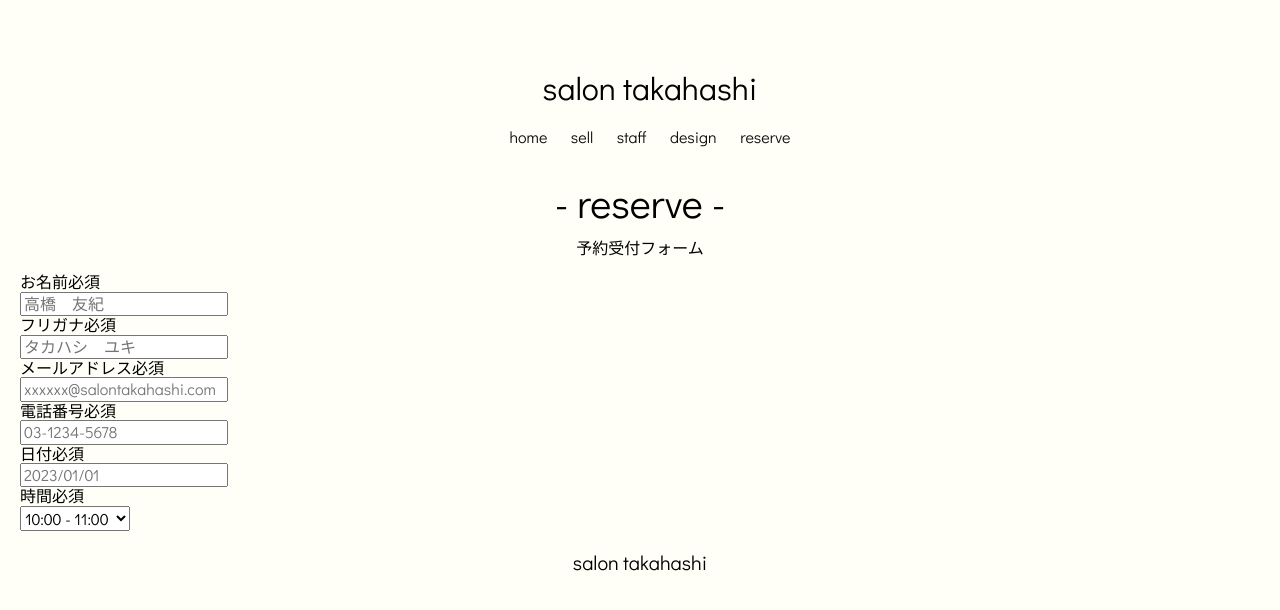
Repository: yukitakahashi1002/salontakahashi-
Page: jel-reserve-form.html
These files come from the project's save history. The page is drawn as it stood at one moment and after the next save; the edit follows.
The browser window is 1280 px wide. The pictures show the whole page.

Above is the page before, as saved 2023-08-08 02:37:42.

### jel-reserve-form.html
<!DOCTYPE html>
<html>
<head>
    <title>Salon Takahashi - reserve 予約 -</title>
    <meta charset="utf-8">
    <meta name="description" content="サロンタカハシのジェルメニュー予約受付フォーム">
    <meta name="viewport" content="width=device-width, initial-scale=1.0">
    <link rel="stylesheet" href='https://fonts.googleapis.com/css?family=Didact Gothic'>
    <link rel="stylesheet" href="css/normalize.css">
    <link rel="stylesheet" href="css/style.css">
</head>
<body>
    <!-- ヘッダー -->
    <header>
        <!-- サイトタイトル -->
        <h1>salon takahashi</h1>

        <!-- PC用ナビゲーション -->
        <nav id="nav-pc">
            <a href="/">home</a>
            <a href="sell.html">sell</a>
            <a href="staff.html">staff</a>
            <a href="design.html">design</a>
            <a href="reserve.html">reserve</a>
        </nav>
    </header>
    <main>
        <article>
            <!-- reserve-form -->
            <section id="reserve-form">
                <div class="section-title">
                    <h2 class="index-h2">- reserve -</h2>
                    <p>予約受付フォーム</p>
                </div>
                <form>
                    <div>
                        <div>
                            <input type="hidden" name="menu" value="ジェルメニュー">
                        </div>
                    </div>
                    <div>
                        <div class="form-heading">
                            <label class="form-label" for="name">お名前<span class="form-span">必須</span></label>
                        </div>
                        <div>
                            <input type="text" name="name" placeholder="高橋　友紀" class="form-textbox>">
                        </div>
                    </div>
                    <div>
                        <div class="form-heading">
                            <label class="form-label" for="hurigana">フリガナ<span class="form-span">必須</span></label>
                        </div>
                        <div>
                            <input type="text" name="hurigana" placeholder="タカハシ　ユキ" class="form-textbox>">
                        </div>
                    </div>
                    <div>
                        <div class="form-heading">
                            <label class="form-label" for="email">メールアドレス<span class="form-span">必須</span></label>
                        </div>
                        <div>
                            <input type="email" name="email" placeholder="xxxxxx@salontakahashi.com" class="form-textbox>">
                        </div>
                    </div>
                    <div>
                        <div class="form-heading">
                            <label class="form-label" for="tel">電話番号<span class="form-span">必須</span></label>
                        </div>
                        <div>
                            <input type="text" name="tel" placeholder="03-1234-5678" class="form-textbox>">
                        </div>
                    </div>
                    <div>
                        <div class="form-heading">
                            <label class="form-label" for="day">日付<span class="form-span">必須</span></label>
                        </div>
                        <div>
                            <input type="text" name="day" placeholder="2023/01/01" class="form-textbox>">
                        </div>
                    </div>
                    <div>
                        <div class="form-heading">
                            <label class="form-label" for="day">時間<span class="form-span">必須</span></label>
                        </div>
                        <div>
                            <select>
                                <option>10:00 - 11:00</option>
                                <option>11:00 - 12:00</option>
                                <option>12:00 - 13:00</option>
                                <option>13:00 - 14:00</option>
                                <option>14:00 - 15:00</option>
                                <option>15:00 - 16:00</option>
                                <option>16:00 - 17:00</option>
                                <option>17:00 - 18:00</option>
                                <option>18:00 - 19:00</option>
                                <option>19:00 - 20:00</option>
                            </select>
                        </div>
                    </div>
                </form>
            </section>
        </article>
        <footer>
            <p>salon takahashi</p>
        </footer>
    </main>
</body>
</html>

### css/style.css
@charset "utf-8";

/*
* *********************************
*　ページ全体に関わるのCSS設定
* *********************************
*/
html *,
::before,
::after {
    box-sizing: border-box;
}

html {
    font-size: 14px;
}
@media (min-width: 768px)  {
    html {
        font-size: 16px;
    }
}

body {
    font-family: 'Didact Gothic', sans-serif;
    background-color: #FFFFF8;
    height: 100vh;
    box-sizing: border-box;
    padding: 20px;
}

/* 標準的なリンクのテキストの色 */
a {
    color: #f30;
}



/*=============
PC用のスタイル
==============*/
/* 横幅設定 */
body {
    max-width: 1800px;
    min-width: 960px;
    margin: 0 auto 0 auto;
}

/* ヘッダー */
header {
    text-align: center;
    margin-top: 50px;
}
header > h1 {
    margin-left: 20px;
    font-weight: normal;
}

/* ナビゲーションのレイアウト */
#nav-pc > a:link {
    text-decoration: none;
    margin-left: 20px;
    color: #0d0d0d;
}

#nav-pc > a:visited {
    color: #0d0d0d;
}

#nav-pc > a:hover {
    color: #0d0d0d;
    text-decoration: underline;
}

#nav-pc > a:active {
    color: #0d0d0d;
}

/* メインビジュアル */
#main-visual {
    text-align: center;
}

#main-message > h1 {
    font-size: 60px;
    margin: 100px auto 0 auto;
    font-weight: normal;
}
#main-message > p {
    font-size: 20px;
}

#main-visual > img {
    margin: 80px auto 0 auto;
}

/* 見出し */
.section-title {
    text-align: center;
}
.section-title > P {
    margin-top: -20px;
}


h2 {
    font-weight: normal;
    font-size: 40px;
}

h3 {
    font-size: 20px;
    line-height: 40px;
}

/* メニュー */
#menu {
    margin: 100px auto 80px auto;
    width: 100%;
}

/* メニューセクションのフレックス部分 */
#menu-flex {
    width: 100%;
    display: flex;
    justify-content: space-between;
}

#menu-flex > div {
    width: 50%;
    height: 600px;
    margin-top: 50px;
}

.menu-flex-left {
    display: flex;
    align-items: flex-start;
    position: relative;
    margin-right: 20px;
    margin-left: 20px;
}

.menu-flex-left > img {
    width: 100%;
}

.placebox-left {
    width: 30%;
    position: absolute;
    top: 25%;
    left: 50%;
    -ms-transform: translate(-50%, -50%);
    -webkit-transform: translate(-50%, -50%);
    transform: translate(-50%, -50%);
    margin: 0;
    padding: 0;
    background-color: #666666;
    opacity: 0.5;
    color: #FFFFFF;
    text-align: center;
    font-weight: bold;
}

/* 商品ページの商品コメント */
.sell-description-left {
    width: 80%;
    position: absolute;
    bottom: 0;
    left: 55%;
    -ms-transform: translate(-50%, -50%);
    -webkit-transform: translate(-50%, -50%);
    transform: translate(-50%, -50%);
    margin: 0;
    padding: 0;
    text-align: left;
}

/* スタッフセクションのフレックス部分 */
.staff-flex {
    text-align: center;
    margin: 3rem 0 0 0;
}

.menu-flex-right {
    display: flex;
    align-items: flex-end;
    position: relative;
    margin-right: 20px;
    margin-left: 20px;
}


.menu-flex-right > img {
    width: 100%;
}

.placebox-right {
    width: 30%;
    position: absolute;
    bottom: 10%;
    right: 20%;
    -ms-transform: translate(-50%, -50%);
    -webkit-transform: translate(-50%, -50%);
    transform: translate(-50%, -50%);
    margin: 0;
    padding: 0;
    background-color: #666666;
    opacity: 0.5;
    color: #FFFFFF;
    text-align: center;
    font-weight: bold;
}

/* 商品ページの商品コメント */
.sell-description-right {
    width: 80%;
    position: absolute;
    top: 5%;
    right: 23%;
    -ms-transform: translate(0, -50%);
    -webkit-transform: translate(0, -50%);
    transform: translate(0, -50%);
    margin: 0;
    padding: 0;
    text-align: left;
}

/* デザインセクションのフレックス部分 */
#design-flex {
    display: flex;
    width: 100%;
    justify-content: space-between;
}

/* デザイン画像 */
.cover-box {
    position: relative;
    transition: transform 0.3s ease;
}

.image-box > img {
    width: 600px;
    height: auto;
    padding: 20px;
    vertical-align: bottom;
}

.dark-cover > h3 {
    opacity: 0;
    position: absolute;
    top: 10px;
    left: 30px;
}

.dark-cover:hover > h3 {
    color: #FFFFFF;
    opacity: 1;
}

/* デザイン画像のホバー時 */
.dark-cover {
    position: absolute;
    top: 0;
    left: 0;
    right: 0;
    bottom: 0;
    z-index: 1;
    opacity: .3;
    transition:  background-color 0.3s ease;
    margin: 20px;
}
.dark-cover:hover {
    background-color: black;
}

.menu-foot {
    text-align: left;
    width: 60%;
    margin: 0 0 0 30%;
}

.menu-foot p {
    margin: 5px 0 5px 0;
    font-size: 16px;
}

/* reserveセクションのフレックス部分 */
#reserve-flex {
    display: flex;
    justify-content: center;
    padding: 10px;
    margin: 0 0 100px 0;
}

#reserve-flex > div > img {
    width: 100%;
}

.reserve-item {
    margin: 0 0 0 20px;
}

.reserve-item > p {
    line-height: 30px;
    margin: 30px 0 30px 0;
}

#reserve-flex > div {
    border: 1px solid #E9E9E0;
    margin: 15px;
    padding: 0 0 15px 0;
}

hr {
    border-top: 1px solid #E9E9E0;
    width: 90%;
    margin: 0 0 -15px 0;
}

button {
    background: #816E7C;
    border-radius: 0;
    border: none;
    padding: 10px 20px;
    text-align: center;
    color: #FFF;
}
button:hover {
    background: #A799A0;
}

/* インフォメーション */
#information {
    margin: 100px auto 80px auto;
    width: 100%;
}

/* 表部分 */
/* height: 330px;効かない */
table {
    border-collapse:collapse;
    border-spacing: 0;
    height: 330px;
}

/* .information-table > td だと効かない */
.infomertion-left {
    width: 50%;
    height: 200px;
    background-color: #F2F2F2;
    text-align: center;
    vertical-align: center;
    line-height: 40px;
}

.infomertion-right {
    width: 50%;
    /* height: 200px; */
}

strong {
    font-size: 30px;
}

footer {
    width: 100%;
    margin: 0 auto;
    text-align: center;
}

footer p {
    font-size: 20px;
}

Loaded but not shown: css/normalize.css (library)

After the next save:
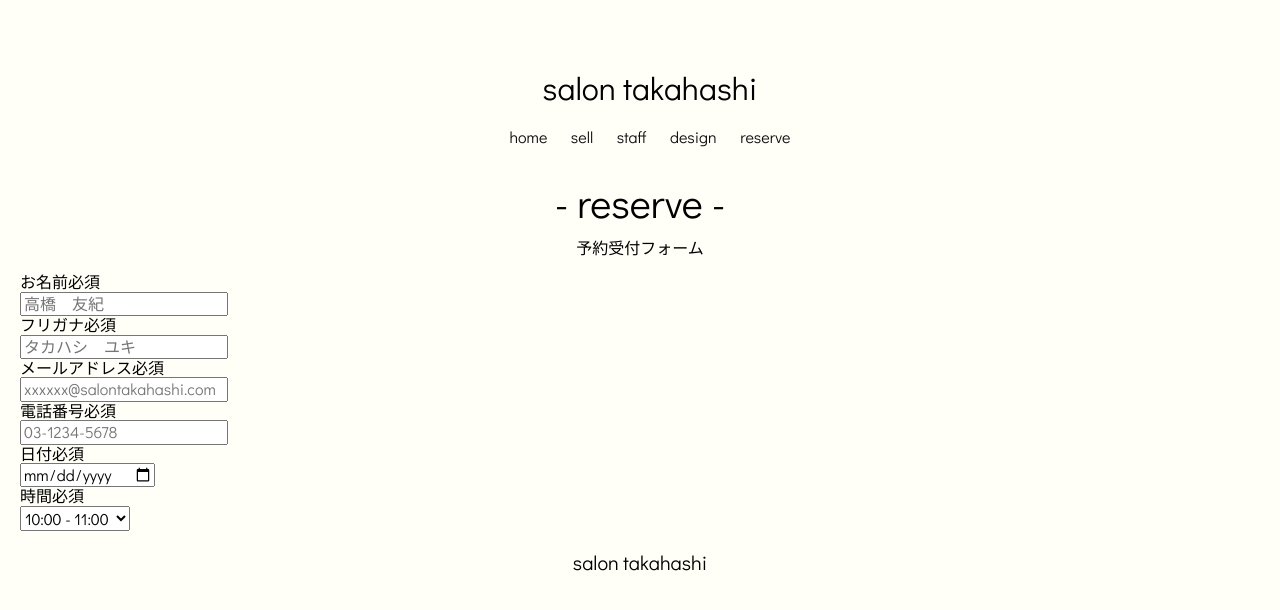
Saved 23 h 3 min later.
--- a/jel-reserve-form.html
+++ b/jel-reserve-form.html
@@ -72,10 +72,10 @@
                     </div>
                     <div>
                         <div class="form-heading">
-                            <label class="form-label" for="day">日付<span class="form-span">必須</span></label>
+                            <label class="form-label" for="date">日付<span class="form-span">必須</span></label>
                         </div>
                         <div>
-                            <input type="text" name="day" placeholder="2023/01/01" class="form-textbox>">
+                            <input type="date" name="date" min="2023/01/01" class="form-textbox>">
                         </div>
                     </div>
                     <div>
